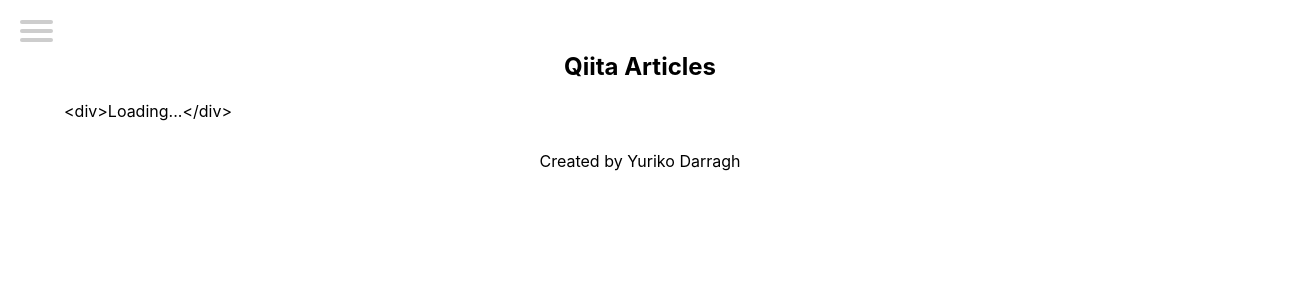
Repository: yuriko-pixel/react-portfolio
Page: /qiita
The author's editor kept a copy of each file at every save. The page is drawn from the files as they stood at one save, then again after the next save.
The browser window is 1280 px wide. The page is 1300 px wide, so the pictures cover 1300 px, including what lies to the right of the window. The pictures show the whole page.
The page's requests for data from a server got no answer. The project was rebuilt for these pictures with package versions that can differ from the ones it lists, and the page was loaded fresh each time. No one was signed in, and anything a server would have sent is missing. Also part of the build but not shown: src/styles/worktemp.module.scss, src/components/worktemp.js, src/components/links.js, src/components/about.js, src/styles/top.module.scss, src/components/top.js, src/components/home.js, src/styles/works.module.scss and 3 more.

Above is the page before, as saved 2021-05-25 13:16:23.

After the next save:
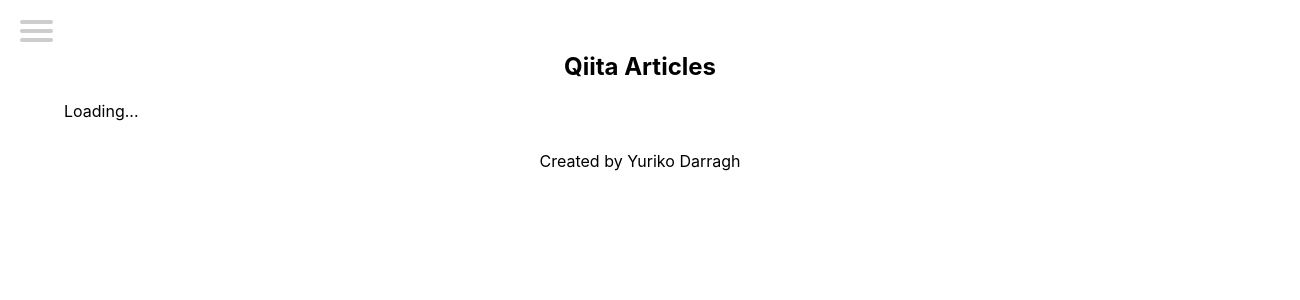
Saved 16 s later.
--- a/src/components/qiita.js
+++ b/src/components/qiita.js
@@ -28,7 +28,7 @@
             <div className={style.blogbody}>{item.body}</div>
             </div>))
     } else {
-        data = '<div>Loading...</div>'
+        data = 'Loading...'
     }
 
     return (
